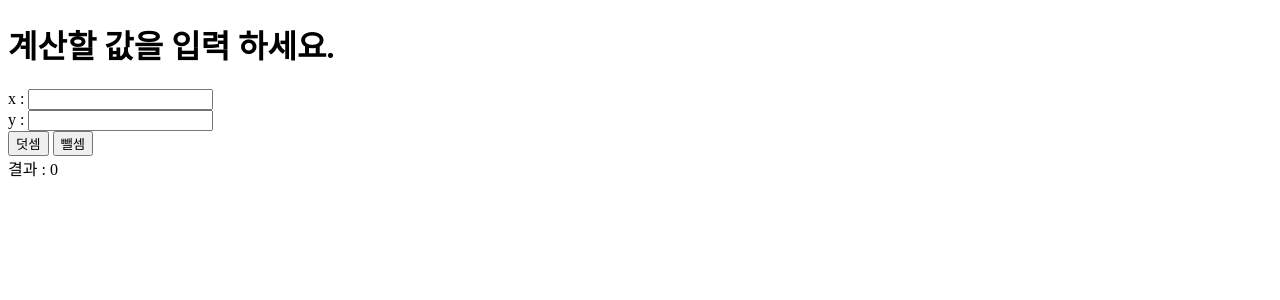
Repository: soyamilk0705/spring-newlecture
Page: ServeltAndJsp/JSPPrj/WebContent/calc2.html
These files come from the project's save history. The page is drawn as it stood at one moment and after the next save; the edit follows.
The browser window is 1280 px wide. The pictures show the whole page.

Above is the page before, as saved 2024-01-09 13:14:43.

### ServeltAndJsp/JSPPrj/WebContent/calc2.html
<!DOCTYPE html>
<html>
<head>
<meta charset="UTF-8">
<title>Insert title here</title>
</head>
<body>
	<h1>계산할 값을 입력 하세요.</h1>
	<form action="/calc" method="post">
		<div>
			<label>x : </label>
			<input type="text" name="x">
		</div>
		<div>
			<label>y : </label>
			<input type="text" name="y">
		</div>
		<div>
			<input type="submit" name="operator" value="덧셈">
			<input type="submit" name="operator" value="뺄셈">
		</div>
		<div>
			결과 : 0
		</div>
	</form>
</body>
</html>

After the next save:
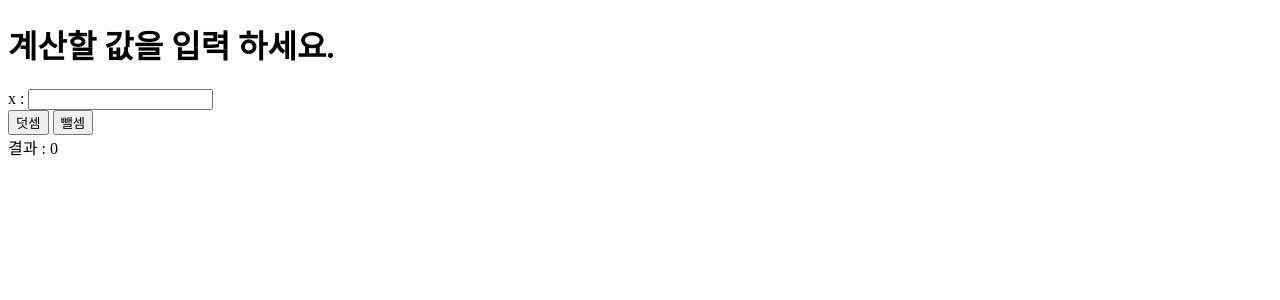
Saved 27 s later.
--- a/ServeltAndJsp/JSPPrj/WebContent/calc2.html
+++ b/ServeltAndJsp/JSPPrj/WebContent/calc2.html
@@ -9,11 +9,7 @@
 	<form action="/calc" method="post">
 		<div>
 			<label>x : </label>
-			<input type="text" name="x">
-		</div>
-		<div>
-			<label>y : </label>
-			<input type="text" name="y">
+			<input type="text" name="v">
 		</div>
 		<div>
 			<input type="submit" name="operator" value="덧셈">
